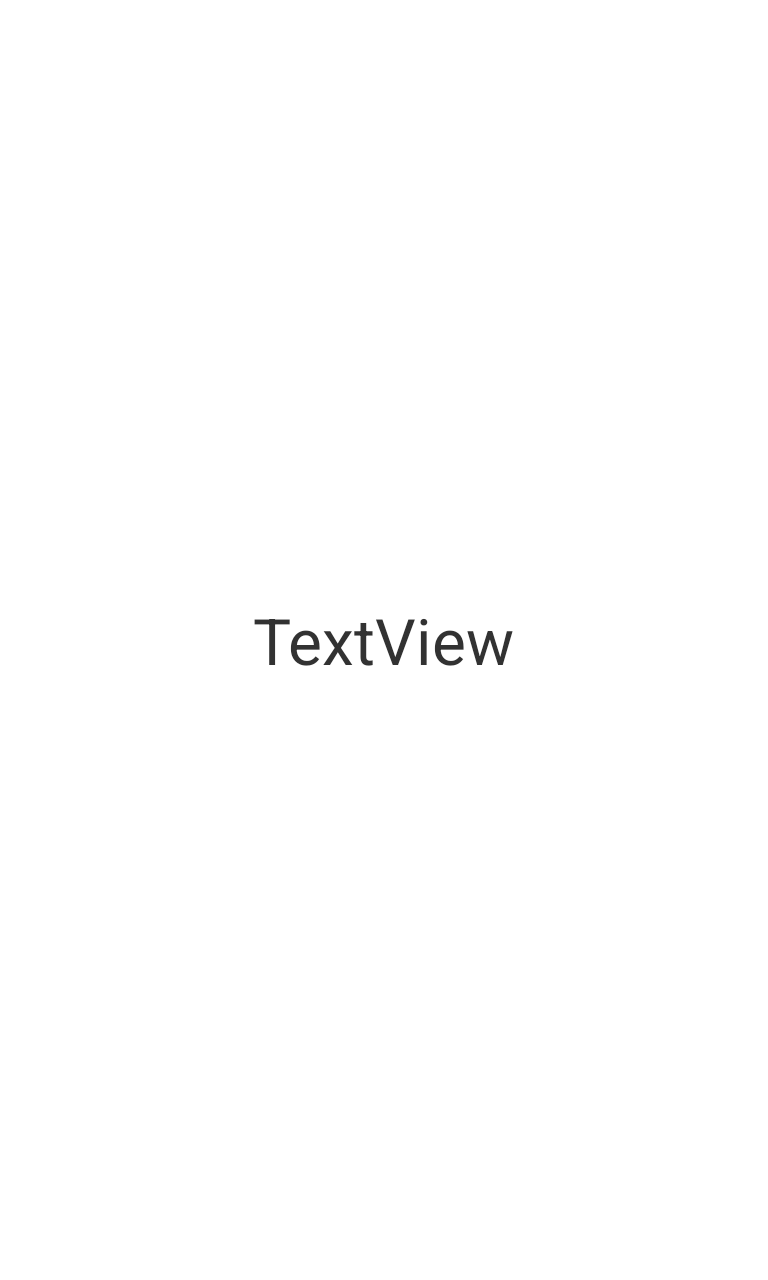
Repository: paulomcriver/AndroidPlayground
Layout: CrystallBall/res/layout/activity_main.xml
An editor plug-in stored every save of this project. The layout is shown before and after the next save, followed by the edit.
It is drawn on a 768 x 1280 px phone screen (xhdpi) without system bars, with theme AppTheme; the app's code is not run.

Above is the layout before, as saved 2012-12-13 21:06:05.

After the next save:
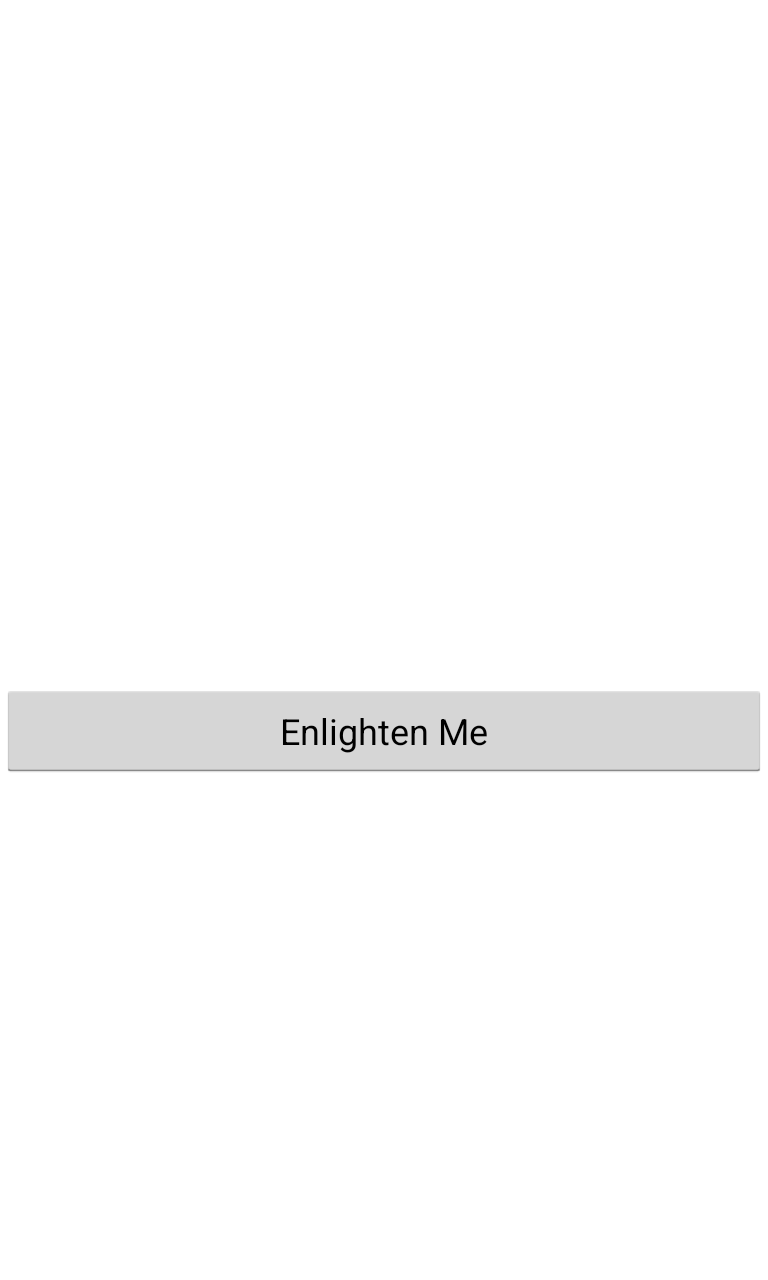
Saved 2 min 48 s later.
--- a/CrystallBall/res/layout/activity_main.xml
+++ b/CrystallBall/res/layout/activity_main.xml
@@ -10,7 +10,14 @@
         android:layout_height="wrap_content"
         android:layout_centerHorizontal="true"
         android:layout_centerVertical="true"
-        android:textSize="32sp"
-        android:text="TextView" />
+        android:textSize="32sp"/>
+
+    <Button
+        android:id="@+id/button1"
+        android:layout_width="match_parent"
+        android:layout_height="wrap_content"
+        android:layout_below="@+id/textView1"
+        android:layout_centerHorizontal="true"
+        android:text="Enlighten Me" />
 
 </RelativeLayout>
